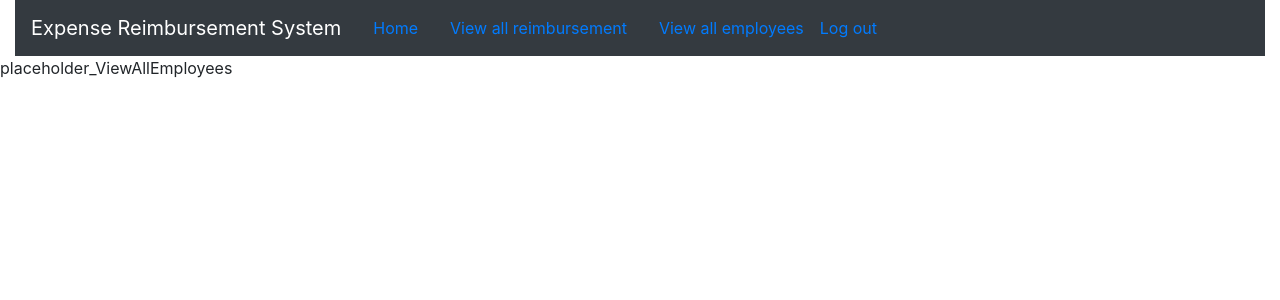
Repository: Trevormulrenin/ers-app
Page: ers-app/src/main/webapp/html/view_all_employees.html
An editor plug-in stored every save of this project. The page is shown before and after the next save, followed by the edit.
The browser window is 1280 px wide. The pictures show the whole page.

Above is the page before, as saved 2021-03-31 14:22:06.

After the next save:
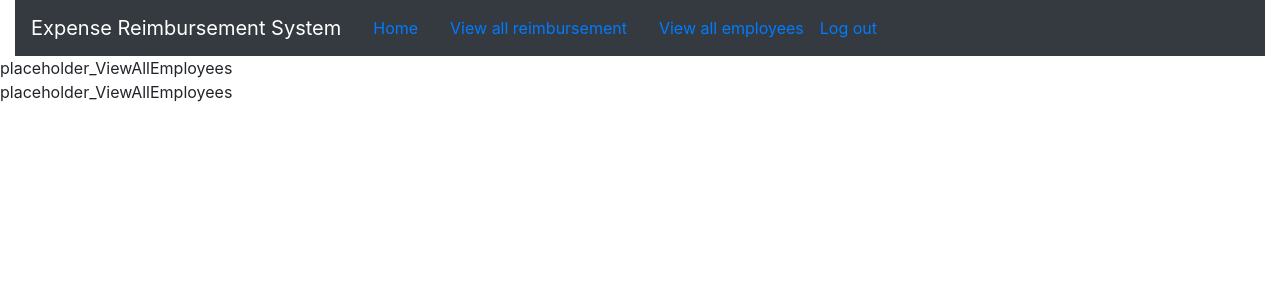
Saved 2 min 46 s later.
--- a/ers-app/src/main/webapp/html/view_all_employees.html
+++ b/ers-app/src/main/webapp/html/view_all_employees.html
@@ -26,6 +26,12 @@
 		placeholder_ViewAllEmployees
 	</table>
 	</div>
+		<div class = "containier">
+	<table id="view-employees">
+		placeholder_ViewAllEmployees
+	</table>
+	</div>
+
 
  </body>
  </html>

After the save that followed:
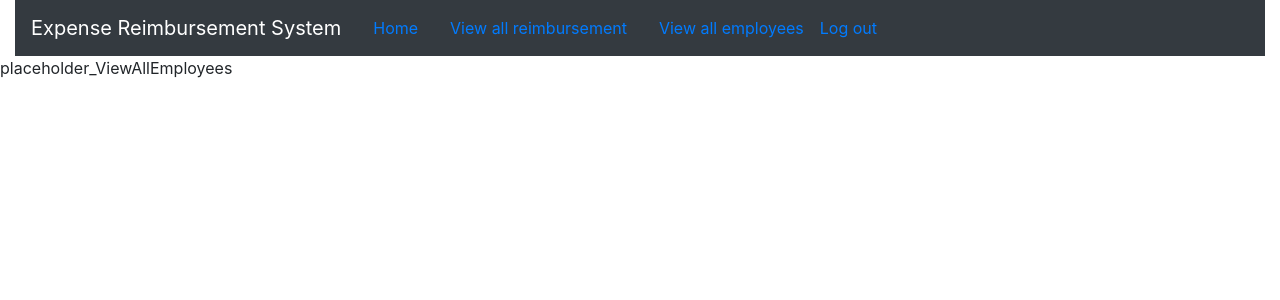
Saved 15 s later.
--- a/ers-app/src/main/webapp/html/view_all_employees.html
+++ b/ers-app/src/main/webapp/html/view_all_employees.html
@@ -26,11 +26,6 @@
 		placeholder_ViewAllEmployees
 	</table>
 	</div>
-		<div class = "containier">
-	<table id="view-employees">
-		placeholder_ViewAllEmployees
-	</table>
-	</div>
 
 
  </body>
